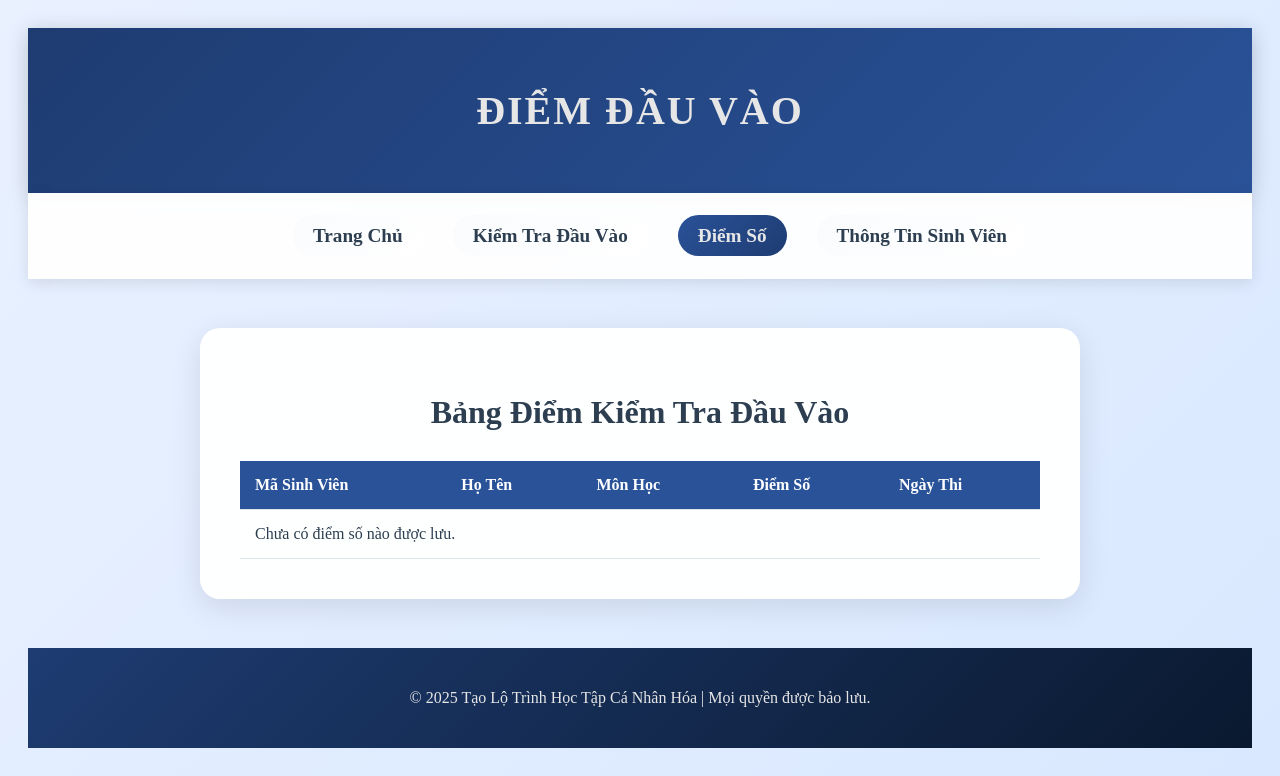
Repository: quankenda73/Prject_Final
Page: INDEX/Diem_dau_vao.html
An editor plug-in stored every save of this project. The page is shown before and after a run of saves, followed by the edit.
The browser window is 1280 px wide. The pictures show the whole page.
The page's requests for data from a server got no answer.

Above is the page before, as saved 2025-03-27 13:27:21.

After the next 2 saves:
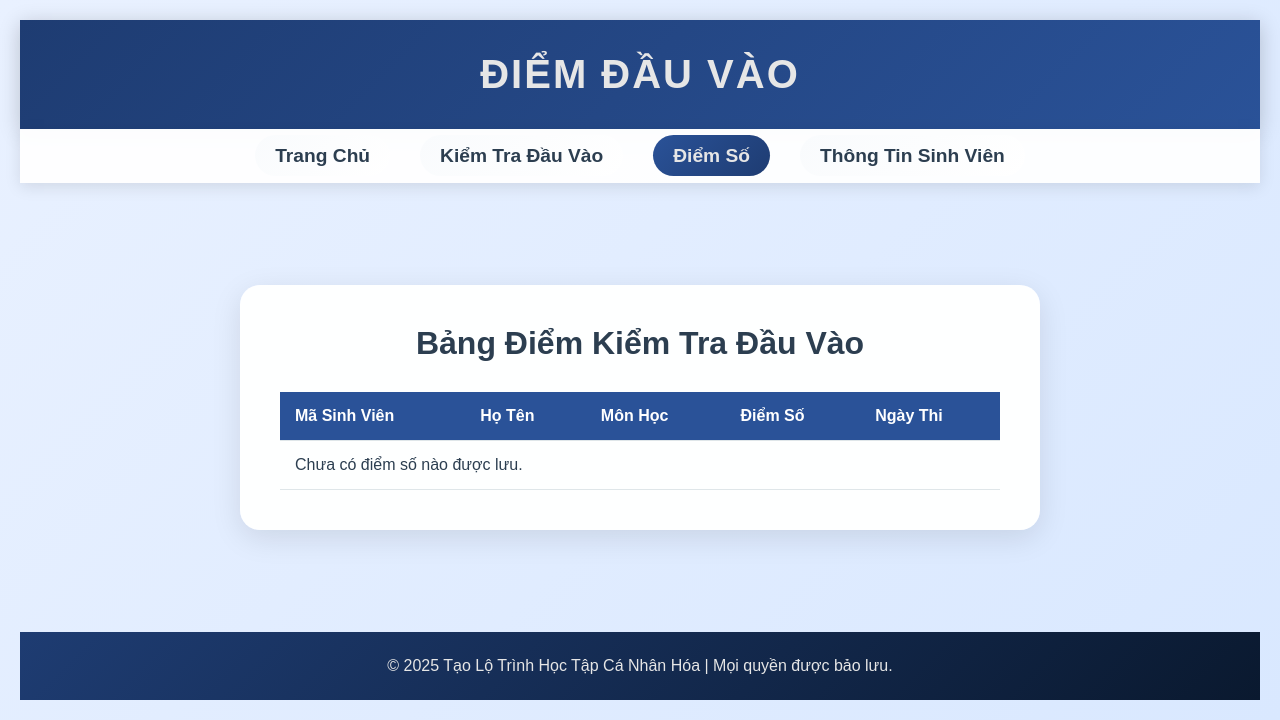
The 2 saves are shown as one change because they came seconds apart.
The last was saved 17 s later.
--- a/CSS/diemdauvao.css
+++ b/CSS/diemdauvao.css
@@ -1,4 +1,4 @@
-<style>
+
 * { margin: 0; padding: 0; box-sizing: border-box; font-family: 'Poppins', sans-serif; }
 body { min-height: 100vh; background: linear-gradient(135deg, #e9f1ff, #d9e8ff); display: flex; flex-direction: column; padding: 20px; }
 header { background: linear-gradient(135deg, #1e3c72, #2a5298); color: #e6e6e6; padding: 2rem 0; text-align: center; box-shadow: 0 4px 20px rgba(0, 0, 0, 0.2); }
@@ -18,4 +18,3 @@ tr:nth-child(even) { background: #f8fafc; }
 tr:hover { background: #e6f0fa; }
 footer { text-align: center; padding: 25px 0; background: linear-gradient(135deg, #1e3c72, #0a192f); color: #e6e6e6; }
 @media (max-width: 768px) { .scores-container { padding: 25px; } h2 { font-size: 1.8rem; } th, td { padding: 10px; font-size: 0.9rem; } }
-</style>
